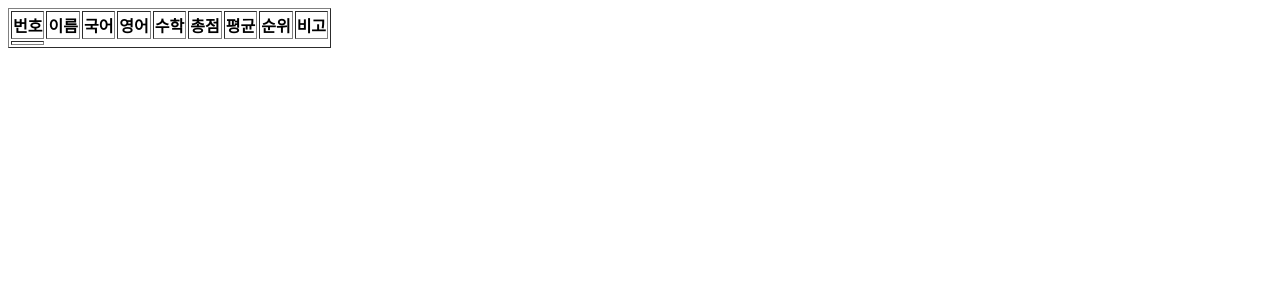
Repository: Heo-sh/Web_Development
Page: http://localhost/Ex_0417_sungjuk/student.jsp
These files come from the project's save history. The page is drawn as it stood at one moment and after the next save; the edit follows.
The browser window is 1280 px wide. The pictures show the whole page.
The page is served by Tomcat 9. Queries for data that is not in the repository find no rows.

Above is the page before, as saved 2023-04-17 07:44:43.

After the next save:
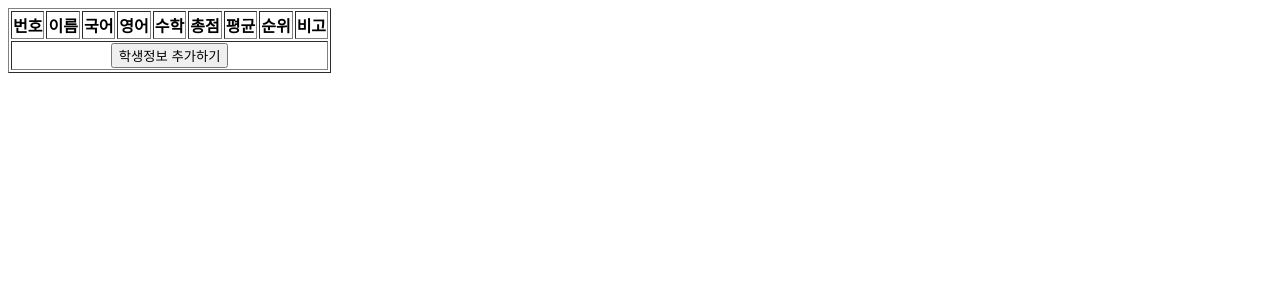
Saved 32 s later.
--- a/Ex_0417_sungjuk/WebContent/student.jsp
+++ b/Ex_0417_sungjuk/WebContent/student.jsp
@@ -53,7 +53,12 @@
 		</tr>
 		<%} %>
 		<tr>
-			<td></td>
+			<td colspan="9" align="center">
+				<input
+					type="button"
+					value="학생정보 추가하기"
+				>
+			</td>
 		</tr>
 	</table>
 </body>
